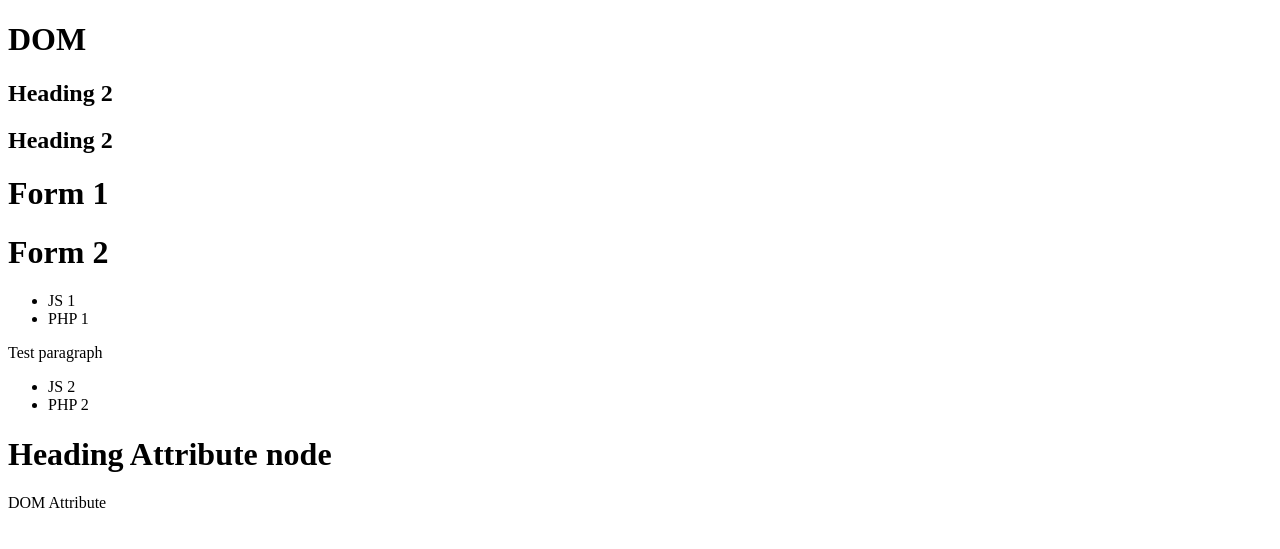
Repository: tannv3201/learn_JS_F8
Page: DOM/index.html
These files come from the project's save history. The page is drawn as it stood at one moment and after the next save; the edit follows.
The browser window is 1280 px wide. The pictures show the whole page.

Above is the page before, as saved 2022-08-06 22:23:49.

### DOM/index.html
<!DOCTYPE html>
<html lang="en">

<head>
  <meta charset="UTF-8" />
  <meta http-equiv="X-UA-Compatible" content="IE=edge" />
  <meta name="viewport" content="width=device-width, initial-scale=1.0" />
  <title>DOM</title>
</head>

<body>
  <h1 id="heading">DOM</h1>
  <h2 class="sub-heading"></h2>
  <h2 class="sub-heading"></h2>
  <h2 class="sub-heading"></h2>
  <p></p>
  <p></p>
  <div class="box">
    <h2 class="heading-2">Heading 2</h2>
    <h2 class="heading-2">Heading 2</h2>
  </div>

  <form action="" id="form1">
    <h1>Form 1</h1>
  </form>
  <form action="" id="form2">
    <h1>Form 2</h1>
  </form>

  <a href="" name="youtube"></a>

  <div class="box-1">
    <ul>
      <li>JS 1</li>
      <li>PHP 1</li>
    </ul>
    <p>Test paragraph</p>
  </div>
  <div class="box-2">
    <ul>
      <li>JS 2</li>
      <li>PHP 2</li>
    </ul>
  </div>

  <div class="box-attr">
    <h1 id="heading-attr" class="heading-attr" title="Heading">
      Heading Attribute node
    </h1>
  </div>

  <a id="dom-attr">
    DOM Attribute
  </a>

  <script src="./main.js"></script>
</body>

</html>

### DOM/main.js
/**
 * DOM:
  Là quy chuẩn mô tả mô hình của các thành phần trong tài liệu HTML được đưa ra bởi W3C.
 - DOM (Document Object Model) có 3 thành phần:
    1. Element
    2. Attribute
    3. Text
 */

/**
 * DOM API
 Là bộ API nằm trong Web API có mặt trên những môi trường hỗ trợ duyệt web - như trên trình duyệt. DOM API cung cấp các đối tượng và phương thức hỗ trợ truy xuất, chỉnh sửa các đối tượng / thành phần trong DOM.
 */

/**
 * JS cung cấp phương tiện truy xuất HTML DOM
 * JS: Brower | Server (NodeJS)
 * Brower: HTML -> DOM -> DOM API
 * API: Application Programming Interface
 */

/**
 * Document object
 */

// Get element methods
// ID
// var headingNode = document.getElementById('heading')
// console.log(headingNode)

// query selector
var headingNode = document.querySelector('.box .heading-2:nth-child(2)')
console.log('querySelector', headingNode)

var headingNodes = document.querySelectorAll('.heading-2')
console.log('querySelectorAll', headingNodes)
console.log('querySelectorAll[]',headingNodes[0])

// Collection (a, form, images, ...)
console.log('document.forms[\'form1\']',document.forms['form1'])
console.log('document.forms',document.forms)
console.log('document.forms.form2', document.forms.form2)
console.log('document.anchors',document.anchors) // trả về các thẻ a có attribute name=""


// class: lấy ra số nhiều (mảng)
var subHeadingNodes = document.getElementsByClassName('sub-heading')
console.log('getElementsByClassName', subHeadingNodes)

// tag : tương tự như class
var tagName = document.getElementsByTagName('p')
console.log(tagName)


// Ví dụ
var boxNode =
    document.querySelector('.box-1');
// Công việc 1: sử dụng `boxNode`
console.log(boxNode)

// Công việc 2: sử dụng tới các li element là con của `.box-1`
console.log(boxNode.querySelectorAll('li'))
console.log(boxNode.querySelector('p'))

// 1. getElementById: trả về trực tiếp Element
// 2. getElementsByClassName: trả về HTMLCollection (mảng), muốn get Element phải dùng index []
console.log('querySelectorAll[]',headingNodes[0])
// 3. getElementsByTagName: trả về HTMLCollection (mảng)
// 4. querySelector: trả về trực tiếp Element
// 5. querySelectorAll: trả về NodeList
// 6. HTML Collection (form, a, images, ...)
console.log('document.forms',document.forms)
console.log('document.forms[\'form1\']',document.forms['form1'])
console.log('document.forms[O]',document.forms[0])
console.log('document.forms.form2', document.forms.form2)

// 7. document.write: in ra ngay sau khi được thực thi

//*******************************************************************

// Attribute node & Text node
// Được lấy ra từ node Element

// ******************************************************************
// DOM attributes
var domAttr = document.querySelector('#dom-attr')
domAttr.title = 'heading' //chỉ xuất hiện khi js được thực thi
domAttr.className = 'className'
console.log(domAttr)

After the next save:
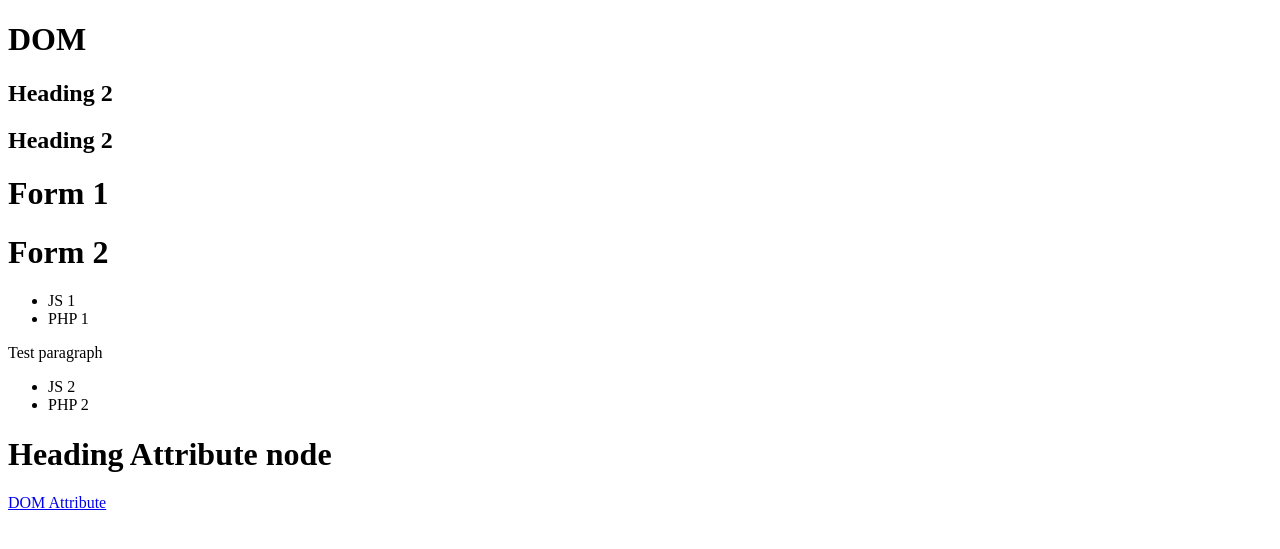
Saved 15 s later.
--- a/DOM/main.js
+++ b/DOM/main.js
@@ -86,4 +86,5 @@ console.log('document.forms.form2', document.forms.form2)
 var domAttr = document.querySelector('#dom-attr')
 domAttr.title = 'heading' //chỉ xuất hiện khi js được thực thi
 domAttr.className = 'className'
+domAttr.href = 'haha'
 console.log(domAttr)
